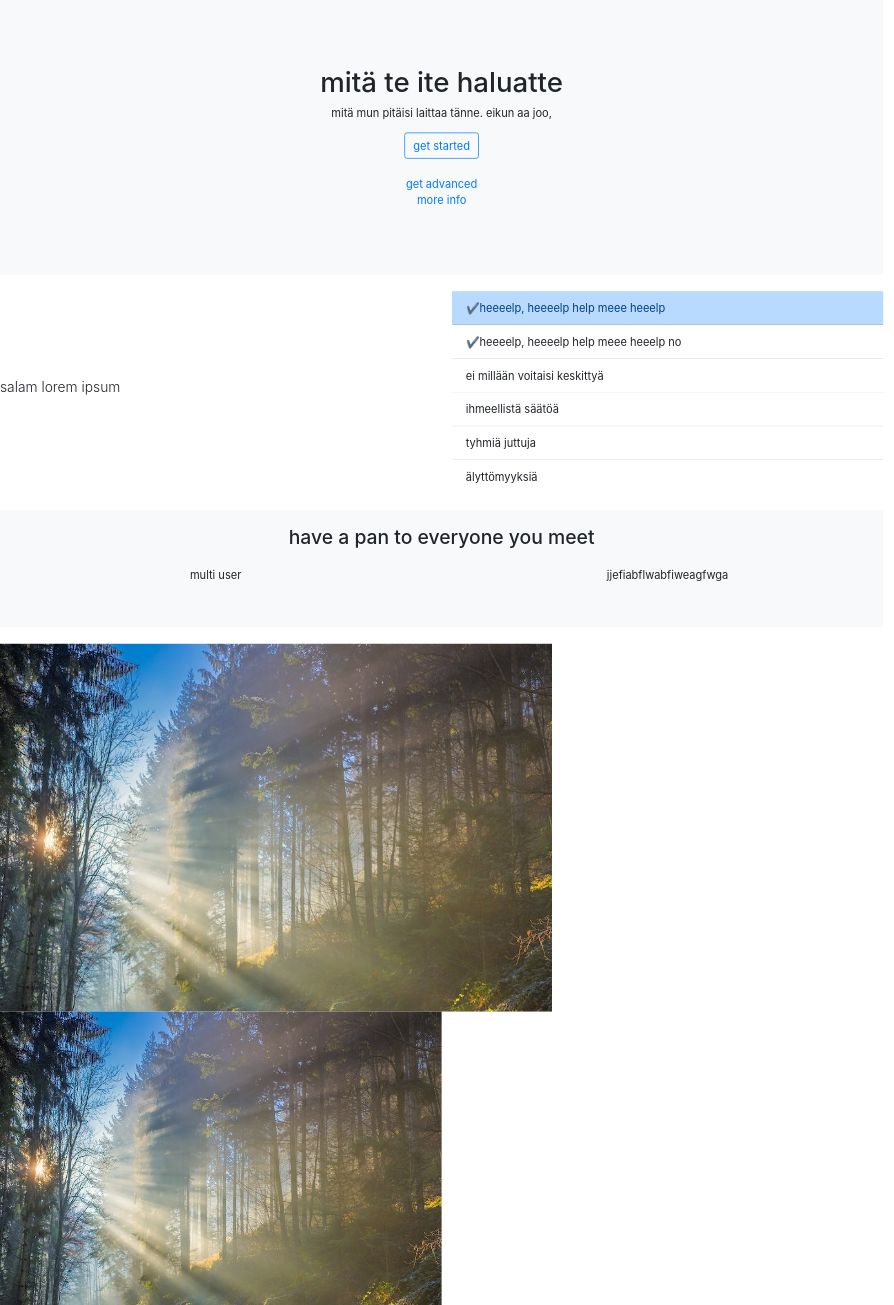
Repository: jessehapuli/jessehapuli.github.io
Page: Bootstrap/index.html
The author's editor kept a copy of each file at every save. The page is drawn from the files as they stood at one save, then again after the next save.
The browser window is 1280 px wide. The page is 1295 px wide, so the pictures cover 1295 px, including what lies to the right of the window. The pictures show the whole page, at 69% of full size.

Above is the page before, as saved 2024-04-24 12:50:36.

After the next save:
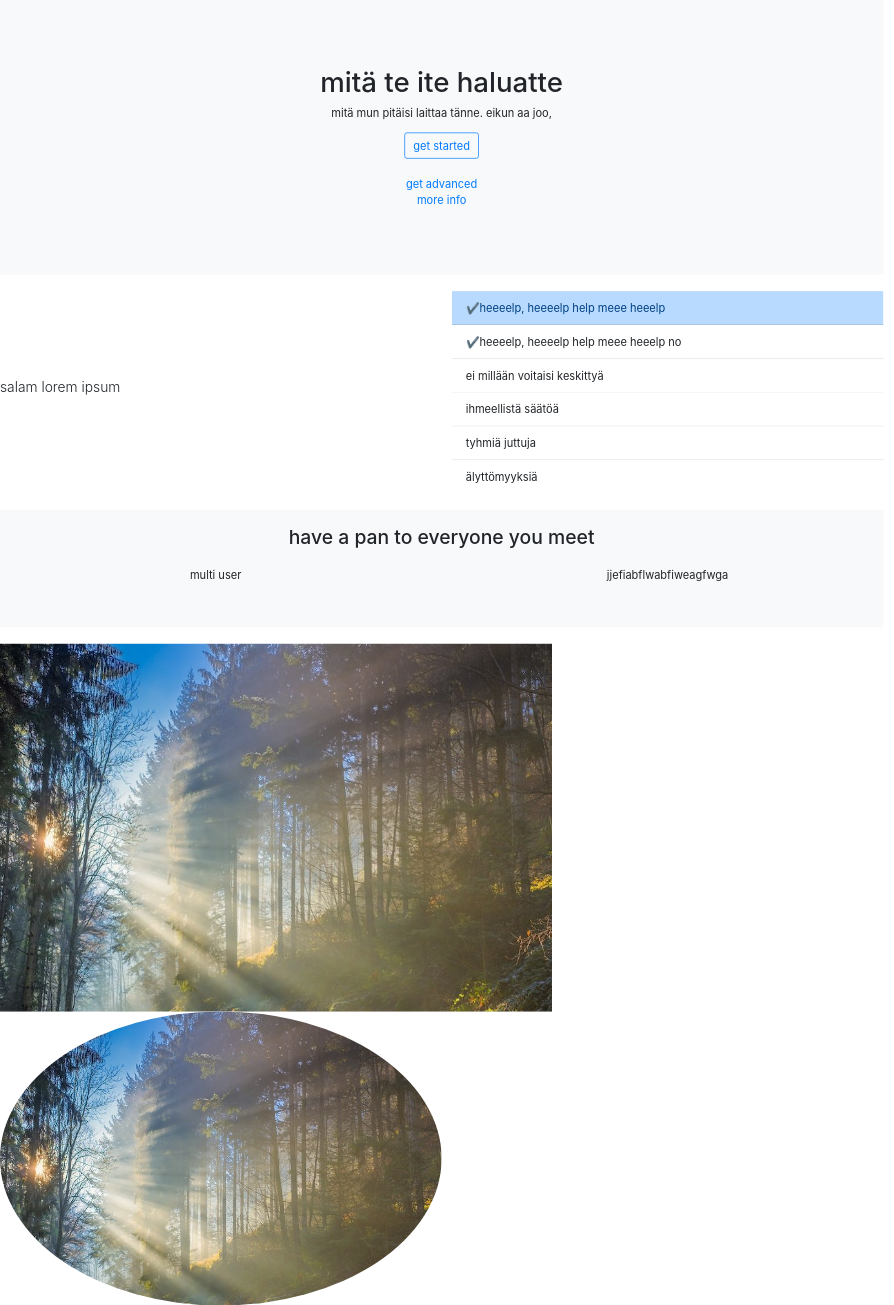
Saved 30 s later.
--- a/Bootstrap/index.html
+++ b/Bootstrap/index.html
@@ -69,7 +69,7 @@
 
     <!--images-->
     <img src="..\img/bootstrap_images/sample.jpg" class="h-25">
-    <img src="..\img/bootstrap_images/sample.jpg" class="w-50 rounded-sircle">
+    <img src="..\img/bootstrap_images/sample.jpg" class="w-50 rounded-circle">
 
     <!-- Optional JavaScript; choose one of the two! -->
 
